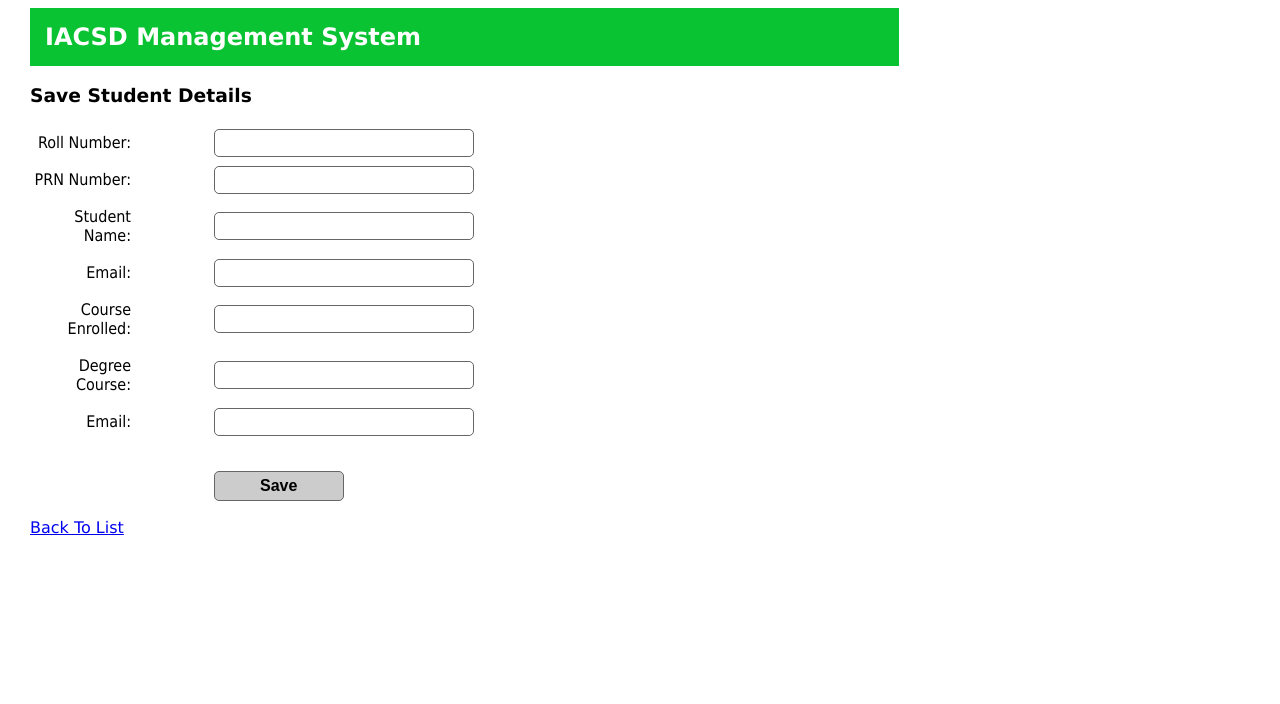
Repository: vsc8791/IMS
Page: http://localhost/web-customer-tracker/WEB-INF/view/student-form.jsp
An editor plug-in stored every save of this project. The page is shown before and after the next save, followed by the edit.
The browser window is 1280 px wide. The pictures show the whole page.
The page is served by Tomcat 9. Nobody is signed in. The template is opened directly, without the code that normally fills it, so the values that code supplies are empty.

Above is the page before, as saved 2018-07-25 08:29:18.

After the next save:
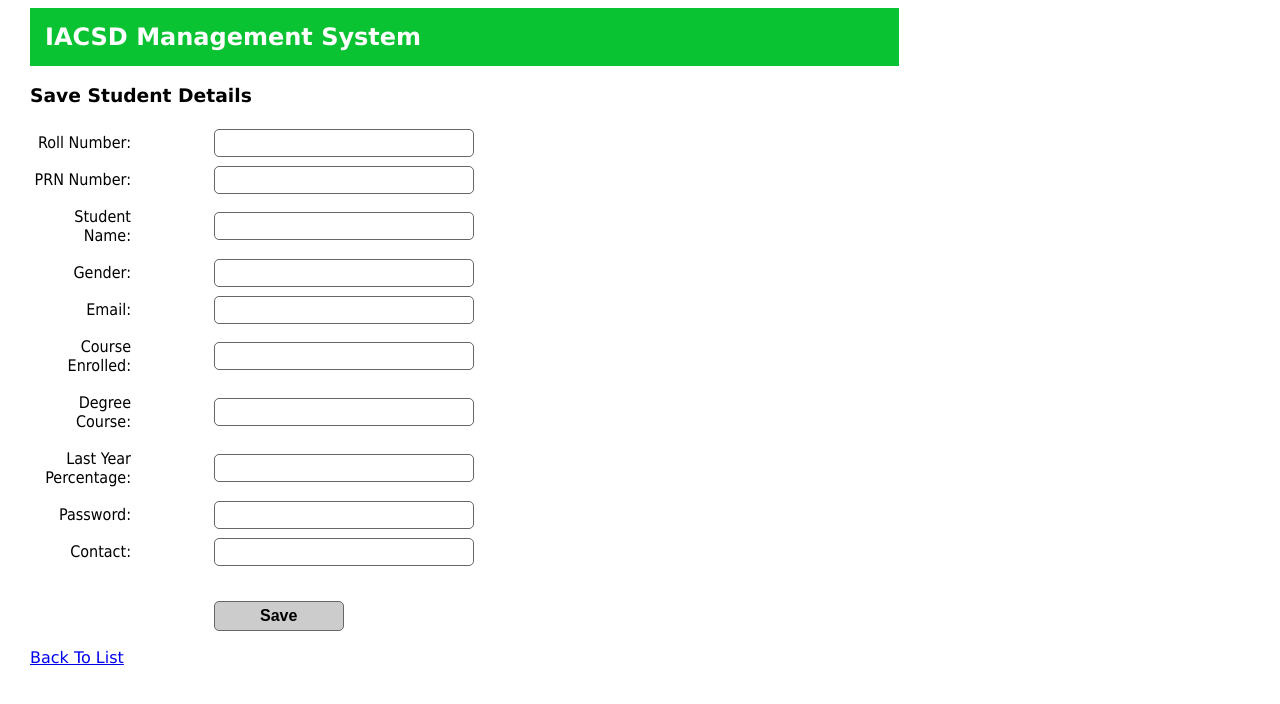
Saved 3 min 22 s later.
--- a/web-customer-tracker/WebContent/WEB-INF/view/student-form.jsp
+++ b/web-customer-tracker/WebContent/WEB-INF/view/student-form.jsp
@@ -40,6 +40,10 @@
 						<td><form:input path="studentName" /></td>
 					</tr>
 					<tr>
+						<td><label>Gender:</label></td>
+						<td><form:input path="gender" /></td>
+					</tr>
+					<tr>
 						<td><label>Email:</label></td>
 						<td><form:input path="email" /></td>
 					</tr>
@@ -52,9 +56,18 @@
 						<td><form:input path="degree_course" /></td>
 					</tr>
 					<tr>
-						<td><label>Email:</label></td>
+						<td><label>Last Year Percentage:</label></td>
 						<td><form:input path="aggregate" /></td>
 					</tr>
+					<tr>
+						<td><label>Password:</label></td>
+						<td><form:input path="password" /></td>
+					</tr>
+					<tr>
+						<td><label>Contact:</label></td>
+						<td><form:input path="contact" /></td>
+					</tr>
+
 					<tr>
 						<td><label></label></td>
 						<td><input type="submit" value="Save" class="save" /></td>
